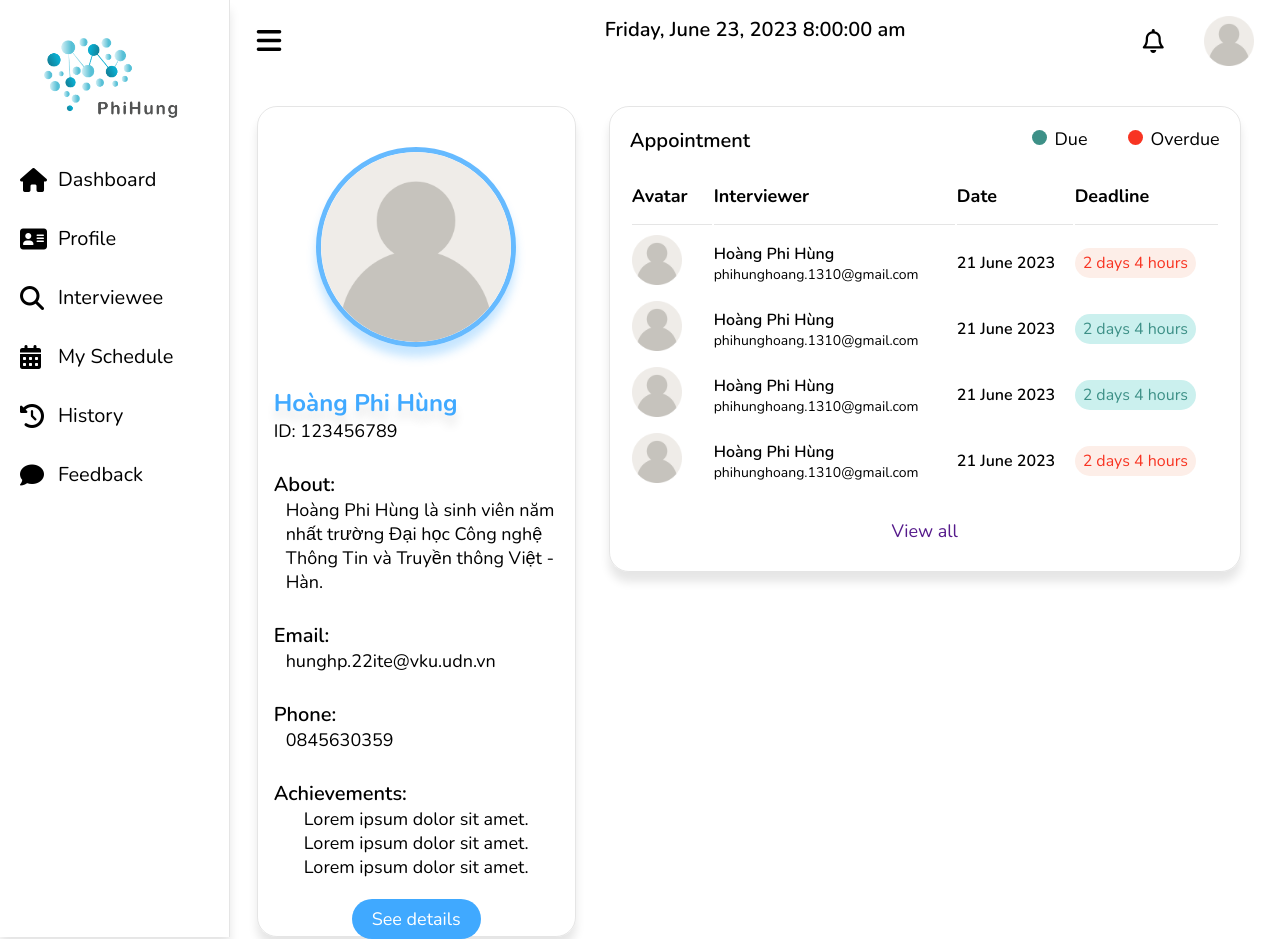
Repository: hphihungit/InterviewService
Page: interviewee.html
These files come from the project's save history. The page is drawn as it stood at one moment and after the next save; the edit follows.
The browser window is 1280 px wide. The pictures show the whole page.

Above is the page before, as saved 2023-06-01 01:22:56.

### interviewee.html
<!DOCTYPE html>
<html lang="en">
<head>
    <meta charset="UTF-8">
    <meta http-equiv="X-UA-Compatible" content="IE=edge">
    <meta name="viewport" content="width=device-width, initial-scale=1.0">
    <title>Document</title>
    <link rel="stylesheet" href="assets/css/grid.css">
    <link rel="stylesheet" href="assets/css/base.css">
    <link rel="stylesheet" href="https://cdnjs.cloudflare.com/ajax/libs/font-awesome/6.4.0/css/all.min.css" integrity="sha512-iecdLmaskl7CVkqkXNQ/ZH/XLlvWZOJyj7Yy7tcenmpD1ypASozpmT/E0iPtmFIB46ZmdtAc9eNBvH0H/ZpiBw==" crossorigin="anonymous" referrerpolicy="no-referrer"/>
    <link rel="preconnect" href="https://fonts.googleapis.com">
    <link rel="preconnect" href="https://fonts.gstatic.com" crossorigin>
    <link href="https://fonts.googleapis.com/css2?family=Nunito:wght@200;300;400;500;600;700;800;900;1000&display=swap" rel="stylesheet">
    <link rel="stylesheet" href="assets/css/interviewee.css">
</head>
<body>
    <div id="main">
        <div class="dashboard">
            <div class="dashboard__logo"></div>
            <ul class="dashboard__list">
                <li class="dashboard__item">
                    <a href="" class="icon__link">
                        <i class="fa-solid fa-house"></i>
                    </a>
                    <a href="" class="link">Dashboard</a>
                </li>
                <li class="dashboard__item">
                    <a href="" class="icon__link">
                        <i class="fa-solid fa-address-card"></i>
                    </a>
                    <a href="" class="link">Profile</a>
                </li>
                <li class="dashboard__item">
                    <a href="" class="icon__link">
                        <i class="fa-solid fa-magnifying-glass"></i>
                    </a>
                    <a href="" class="link">Interviewee</a>
                </li>
                <li class="dashboard__item">
                    <a href="" class="icon__link">
                        <i class="fa-solid fa-calendar-days"></i>
                    </a>
                    <a href="" class="link">My Schedule</a>
                </li>
                <li class="dashboard__item">
                    <a href="" class="icon__link">
                        <i class="fa-solid fa-clock-rotate-left"></i>
                    </a>
                    <a href="" class="link">History</a>
                </li>
                <li class="dashboard__item">
                    <a href="" class="icon__link">
                        <i class="fa-solid fa-comment"></i>
                    </a>
                    <a href="" class="link">Feedback</a>
                </li>
            </ul>
        </div>

        <div class="container">
            <div class="header">
                <div class="header__icon">
                    <label class="fa-solid fa-bars header__label"></label>
                </div>

                <div class="header__time">
                    Friday, June 23, 2023 8:00:00 am
                </div>

                <div class="header__news">
                    <label class="fa-regular fa-bell header__label--bell"></label>
                    <div class="header__avatar">
                        <img src="assets/img/user.png" alt="">
                    </div>
                </div>
            </div>

            <div class="about">
                <div class="cv">
                    <div class="cv__avatar">
                        <img src="assets/img/user.png" alt="">
                    </div>

                    <div class="cv__name">
                        <p class="cv__name--interviewee">Hoàng Phi Hùng</p>
                        <p class="cv__id">ID: 123456789</p>
                    </div>

                    <div class="cv__about">
                        <p class="cv__about--title">About: </p>
                        <p class="cv__about--content">
                            Hoàng Phi Hùng là sinh viên năm nhất trường Đại học Công nghệ Thông Tin và Truyền thông Việt - Hàn.
                        </p>
                    </div>

                    <div class="cv__email">
                        <p class="cv__email--title">Email: </p>
                        <p class="cv__email--content">hunghp.22ite@vku.udn.vn</p>
                    </div>

                    <div class="cv__phone">
                        <p class="cv__phone--title">Phone: </p>
                        <p class="cv__phone--content">0845630359</p>
                    </div>

                    <div class="cv__info">
                        <p class="cv__info--title">Achievements: </p>
                        <ul class="cv__info--list">
                            <li class="cv__info--item">Lorem ipsum dolor sit amet.</li>
                            <li class="cv__info--item">Lorem ipsum dolor sit amet.</li>
                            <li class="cv__info--item">Lorem ipsum dolor sit amet.</li>
                        </ul>
                    </div>

                    <div class="cv__all">
                        <a href="" class="cv__all--btn">See details</a>
                    </div>
                </div>

                <div class="info">
                    <div class="appointment">
                        <div class="appointment__title">
                            <div class="title">
                                Appointment
                            </div>
                            <div class="note">
                                <div class="note__due">Due</div>
                                <div class="note__overdue">Overdue</div>
                            </div>
                        </div>

                        <table>
                            <thead>
                                <th>Avatar</th>
                                <th>Interviewer</th>
                                <th>Date</th>
                                <th>Deadline</th>
                            </thead>

                            <tbody>
                                <tr>
                                    <td>
                                        <img src="assets/img/user.png" alt="">
                                    </td>
                                    <td>
                                        <p class="name">Hoàng Phi Hùng</p>
                                        <p class="email">phihunghoang.1310@gmail.com</p>
                                    </td>
                                    <td>
                                        <span class="date">21 June 2023</span>
                                    </td>
                                    <td>
                                        <span class="overdue">2 days 4 hours</span>
                                    </td>
                                </tr>
                                <tr>
                                    <td>
                                        <img src="assets/img/user.png" alt="">
                                    </td>
                                    <td>
                                        <p class="name">Hoàng Phi Hùng</p>
                                        <p class="email">phihunghoang.1310@gmail.com</p>
                                    </td>
                                    <td>
                                        <span class="date">21 June 2023</span>
                                    </td>
                                    <td>
                                        <span class="due">2 days 4 hours</span>
                                    </td>
                                </tr>
                                <tr>
                                    <td>
                                        <img src="assets/img/user.png" alt="">
                                    </td>
                                    <td>
                                        <p class="name">Hoàng Phi Hùng</p>
                                        <p class="email">phihunghoang.1310@gmail.com</p>
                                    </td>
                                    <td>
                                        <span class="date">21 June 2023</span>
                                    </td>
                                    <td>
                                        <span class="due">2 days 4 hours</span>
                                    </td>
                                </tr>
                                <tr>
                                    <td>
                                        <img src="assets/img/user.png" alt="">
                                    </td>
                                    <td>
                                        <p class="name">Hoàng Phi Hùng</p>
                                        <p class="email">phihunghoang.1310@gmail.com</p>
                                    </td>
                                    <td>
                                        <span class="date">21 June 2023</span>
                                    </td>
                                    <td>
                                        <span class="overdue">2 days 4 hours</span>
                                    </td>
                                </tr>
                            </tbody>
                        </table>

                        <div class="view__all">
                            <a href="" class="view__all--btn">
                                View all
                            </a>
                        </div>
                    </div>
                </div>
            </div>
        </div>
    </div>
</body>
</html>

### assets/css/grid.css
.grid {
    width: 90%;
    display: block;
    padding: 0;
    margin: 0 auto;
}

.row {
    display: flex;
    flex-wrap: wrap;
    margin-left: -4px;
    margin-right: -4px;
}

.row.no-gutters {
    margin-left: 0;
    margin-right: 0;
}

.col {
    padding-left: 4px;
    padding-right: 4px;
}

.row.no-gutters .col {
    padding-left: 0;
    padding-right: 0;
}

.c-0 {
    display: none;
}

.c-1 {
    flex: 0 0 8.33333%;
    max-width: 8.33333%;
}

.c-2 {
    flex: 0 0 16.66667%;
    max-width: 16.66667%;
}

.c-3 {
    flex: 0 0 25%;
    max-width: 25%;
}

.c-4 {
    flex: 0 0 33.33333%;
    max-width: 33.33333%;
}

.c-5 {
    flex: 0 0 41.66667%;
    max-width: 41.66667%;
}

.c-6 {
    flex: 0 0 50%;
    max-width: 50%;
}

.c-7 {
    flex: 0 0 58.33333%;
    max-width: 58.33333%;
}

.c-8 {
    flex: 0 0 66.66667%;
    max-width: 66.66667%;
}

.c-9 {
    flex: 0 0 75%;
    max-width: 75%;
}

.c-10 {
    flex: 0 0 83.33333%;
    max-width: 83.33333%;
}

.c-11 {
    flex: 0 0 91.66667%;
    max-width: 91.66667%;
}

.c-12 {
    flex: 0 0 100%;
    max-width: 100%;
}

.c-o-1 {
    margin-left: 8.33333%;
}

.c-o-2 {
    margin-left: 16.66667%;
}

.c-o-3 {
    margin-left: 25%;
}

.c-o-4 {
    margin-left: 33.33333%;
}

.c-o-5 {
    margin-left: 41.66667%;
}

.c-o-6 {
    margin-left: 50%;
}

.c-o-7 {
    margin-left: 58.33333%;
}

.c-o-8 {
    margin-left: 66.66667%;
}

.c-o-9 {
    margin-left: 75%;
}

.c-o-10 {
    margin-left: 83.33333%;
}

.c-o-11 {
    margin-left: 91.66667%;
}

/* >= Tablet */
@media (min-width: 740px) {
    .row {
        margin-left: -8px;
        margin-right: -8px;
    }

    .col {
        padding-left: 8px;
        padding-right: 8px;
    }

    .m-0 {
        display: none;
    }

    .m-1,
    .m-2,
    .m-3,
    .m-4,
    .m-5,
    .m-6,
    .m-7,
    .m-8,
    .m-9,
    .m-10,
    .m-11,
    .m-12 {
        display: block;
    }

    .m-1 {
        flex: 0 0 8.33333%;
        max-width: 8.33333%;
    }

    .m-2 {
        flex: 0 0 16.66667%;
        max-width: 16.66667%;
    }

    .m-3 {
        flex: 0 0 25%;
        max-width: 25%;
    }

    .m-4 {
        flex: 0 0 33.33333%;
        max-width: 33.33333%;
    }

    .m-5 {
        flex: 0 0 41.66667%;
        max-width: 41.66667%;
    }

    .m-6 {
        flex: 0 0 50%;
        max-width: 50%;
    }

    .m-7 {
        flex: 0 0 58.33333%;
        max-width: 58.33333%;
    }

    .m-8 {
        flex: 0 0 66.66667%;
        max-width: 66.66667%;
    }

    .m-9 {
        flex: 0 0 75%;
        max-width: 75%;
    }

    .m-10 {
        flex: 0 0 83.33333%;
        max-width: 83.33333%;
    }

    .m-11 {
        flex: 0 0 91.66667%;
        max-width: 91.66667%;
    }

    .m-12 {
        flex: 0 0 100%;
        max-width: 100%;
    }

    .m-o-1 {
        margin-left: 8.33333%;
    }

    .m-o-2 {
        margin-left: 16.66667%;
    }

    .m-o-3 {
        margin-left: 25%;
    }

    .m-o-4 {
        margin-left: 33.33333%;
    }

    .m-o-5 {
        margin-left: 41.66667%;
    }

    .m-o-6 {
        margin-left: 50%;
    }

    .m-o-7 {
        margin-left: 58.33333%;
    }

    .m-o-8 {
        margin-left: 66.66667%;
    }

    .m-o-9 {
        margin-left: 75%;
    }

    .m-o-10 {
        margin-left: 83.33333%;
    }

    .m-o-11 {
        margin-left: 91.66667%;
    }
}

/* PC medium resolution > */
@media (min-width: 1113px) {
    .row {
        margin-left: -12px;
        margin-right: -12px;
    }

    .row.sm-gutter {
        margin-left: -5px;
        margin-right: -5px;
    }

    .col {
        padding-left: 12px;
        padding-right: 12px;
    }

    .row.sm-gutter .col {
        padding-left: 5px;
        padding-right: 5px;
    }

    .l-0 {
        display: none;
    }

    .l-1,
    .l-2,
    .l-2-4,
    .l-3,
    .l-4,
    .l-5,
    .l-6,
    .l-7,
    .l-8,
    .l-9,
    .l-10,
    .l-11,
    .l-12 {
        display: block;
    }

    .l-1 {
        flex: 0 0 8.33333%;
        max-width: 8.33333%;
    }

    .l-2 {
        flex: 0 0 16.66667%;
        max-width: 16.66667%;
    }

    .l-2-4 {
        flex: 0 0 20%;
        max-width: 20%;
    }

    .l-3 {
        flex: 0 0 25%;
        max-width: 25%;
    }

    .l-4 {
        flex: 0 0 33.33333%;
        max-width: 33.33333%;
    }

    .l-5 {
        flex: 0 0 41.66667%;
        max-width: 41.66667%;
    }

    .l-6 {
        flex: 0 0 50%;
        max-width: 50%;
    }

    .l-7 {
        flex: 0 0 58.33333%;
        max-width: 58.33333%;
    }

    .l-8 {
        flex: 0 0 66.66667%;
        max-width: 66.66667%;
    }

    .l-9 {
        flex: 0 0 75%;
        max-width: 75%;
    }

    .l-10 {
        flex: 0 0 83.33333%;
        max-width: 83.33333%;
    }

    .l-11 {
        flex: 0 0 91.66667%;
        max-width: 91.66667%;
    }

    .l-12 {
        flex: 0 0 100%;
        max-width: 100%;
    }

    .l-o-1 {
        margin-left: 8.33333%;
    }

    .l-o-2 {
        margin-left: 16.66667%;
    }

    .l-o-3 {
        margin-left: 25%;
    }

    .l-o-4 {
        margin-left: 33.33333%;
    }

    .l-o-5 {
        margin-left: 41.66667%;
    }

    .l-o-6 {
        margin-left: 50%;
    }

    .l-o-7 {
        margin-left: 58.33333%;
    }

    .l-o-8 {
        margin-left: 66.66667%;
    }

    .l-o-9 {
        margin-left: 75%;
    }

    .l-o-10 {
        margin-left: 83.33333%;
    }

    .l-o-11 {
        margin-left: 91.66667%;
    }
}

/* Tablet - PC low resolution */
@media (min-width: 740px) and (max-width: 1023px) {
    .wide {
        width: 644px;
    }
}

/* > PC low resolution */
@media (min-width: 1024px) and (max-width: 1239px) {
    .wide {
        width: 984px;
    }

    .wide .row {
        margin-left: -12px;
        margin-right: -12px;
    }

    .wide .row.sm-gutter {
        margin-left: -5px;
        margin-right: -5px;
    }

    .wide .col {
        padding-left: 12px;
        padding-right: 12px;
    }

    .wide .row.sm-gutter .col {
        padding-left: 5px;
        padding-right: 5px;
    }

    .wide .l-0 {
        display: none;
    }

    .wide .l-1,
    .wide .l-2,
    .wide .l-2-4,
    .wide .l-3,
    .wide .l-4,
    .wide .l-5,
    .wide .l-6,
    .wide .l-7,
    .wide .l-8,
    .wide .l-9,
    .wide .l-10,
    .wide .l-11,
    .wide .l-12 {
        display: block;
    }

    .wide .l-1 {
        flex: 0 0 8.33333%;
        max-width: 8.33333%;
    }

    .wide .l-2 {
        flex: 0 0 16.66667%;
        max-width: 16.66667%;
    }

    .wide .l-2-4 {
        flex: 0 0 20%;
        max-width: 20%;
    }

    .wide .l-3 {
        flex: 0 0 25%;
        max-width: 25%;
    }

    .wide .l-4 {
        flex: 0 0 33.33333%;
        max-width: 33.33333%;
    }

    .wide .l-5 {
        flex: 0 0 41.66667%;
        max-width: 41.66667%;
    }

    .wide .l-6 {
        flex: 0 0 50%;
        max-width: 50%;
    }

    .wide .l-7 {
        flex: 0 0 58.33333%;
        max-width: 58.33333%;
    }

    .wide .l-8 {
        flex: 0 0 66.66667%;
        max-width: 66.66667%;
    }

    .wide .l-9 {
        flex: 0 0 75%;
        max-width: 75%;
    }

    .wide .l-10 {
        flex: 0 0 83.33333%;
        max-width: 83.33333%;
    }

    .wide .l-11 {
        flex: 0 0 91.66667%;
        max-width: 91.66667%;
    }

    .wide .l-12 {
        flex: 0 0 100%;
        max-width: 100%;
    }

    .wide .l-o-1 {
        margin-left: 8.33333%;
    }

    .wide .l-o-2 {
        margin-left: 16.66667%;
    }

    .wide .l-o-3 {
        margin-left: 25%;
    }

    .wide .l-o-4 {
        margin-left: 33.33333%;
    }

    .wide .l-o-5 {
        margin-left: 41.66667%;
    }

    .wide .l-o-6 {
        margin-left: 50%;
    }

    .wide .l-o-7 {
        margin-left: 58.33333%;
    }

    .wide .l-o-8 {
        margin-left: 66.66667%;
    }

    .wide .l-o-9 {
        margin-left: 75%;
    }

    .wide .l-o-10 {
        margin-left: 83.33333%;
    }

    .wide .l-o-11 {
        margin-left: 91.66667%;
    }
}

### assets/css/base.css
:root {
    --white-color: #fff;
    --black-color: #000;
    --blue-color : #40a9ff;
    --text-color: #8f8f8f;
    --scale: 1px;
}

* {
    padding: 0;
    margin: 0;
    box-sizing: border-box;
    text-decoration: none;
    list-style-type: none;
}

html, body {
    font-size: 18px;
    font-family: 'Nunito', sans-serif;
    scroll-behavior: smooth;
}

### assets/css/interviewee.css
#main {
    width: 100%;
    display: flex;
}

.dashboard {
    width: 18%;
    min-height: 0;
    border-right: 1px solid rgba(0, 0, 0, 0.1);
    box-shadow: 0 10px 10px rgba(0, 0, 0, 0.1);
}

.dashboard__logo {
    width: 100%;
    height: 150px;
    background-image: url('../img/logo.png');
    background-repeat: no-repeat;
    background-size: 50%;
    background-size: 62%;
    background-position: 50% 85%;
}

.dashboard__list {
    width: 100%;
}

.dashboard__item {
    border-radius: 25px 0 0 25px;
    display: flex;
    width: 100%;
    padding: 0px 20px;
}

.dashboard__item:hover {
    background-color: var(--blue-color);
}

.dashboard__item:hover .link,
.dashboard__item:hover .icon__link {
    color: #fff;
}

.icon__link {
    display: flex;
    align-items: center;
    width: 20%;
    font-size: 24px;
    color: #000;
}

.link {
    display: inline-block;
    width: 80%;
    font-size: 20px;
    padding: 16px 0px;
    color: #000;
}

.container {
    width: 82%;
}

.header {
    width: 95%;
    margin: 0 auto;
    display: flex;
    justify-content: space-between;
    margin-top: 16px;
}

.header__icon {
    width: 32%;
    display: flex;
    justify-content: space-between;
    align-items: center;
}

.header__label {
    font-size: 28px;
}

.header__time {
    width: 32%;
    text-align: center;
    font-size: 20px;
    font-weight: 600;
}

.header__news {
    width: 32%;
    display: flex;
    justify-content: flex-end;
    align-items: center;
}

.header__label--bell {
    font-size: 24px;
    position: relative;
    padding-right: 40px;
}

.header__avatar {
    display: flex;
    justify-content: flex-end;
    align-items: center;
}

.header__avatar img {
    width: 50px;
    height: 50px;
}

.about {
    display: flex;
    justify-content: space-between;
    width: 95%;
    margin: 0 auto;
    margin-top: 40px;
}

.cv {
    width: 32%;
    max-height: 831px;
    border: 1px solid rgba(0, 0, 0, 0.1);
    border-radius: 20px;
    box-shadow: 0 10px 10px rgba(0, 0, 0, 0.1);
    padding: 0px 16px;
}

.cv__avatar {
    width: 100%;
    display: flex;
    justify-content: center;
    align-items: center;
    padding: 20px 0px;
    padding-top: 40px;
}

.cv__avatar img {
    width: 200px;
    height: 200px;
    border: 5px solid rgba(64, 169, 255, 0.8);
    border-radius: 50%;
    box-shadow: 0 10px 10px rgba(64, 169, 255, 0.3);;
}

.cv__name,
.cv__about,
.cv__email,
.cv__phone,
.cv__info {
    width: 100%;
    margin-top: 20px;
    margin-bottom: 28px;
}

.cv__name--interviewee {
    font-size: 24px;
    font-weight: 700;
    text-shadow: 0 10px 10px rgba(0, 0, 0, 0.1);
    color: var(--blue-color);
}

.cv__about--title,
.cv__email--title,
.cv__phone--title,
.cv__info--title {
    font-size: 20px;
    font-weight: 600;
}

.cv__about--content,
.cv__email--content,
.cv__phone--content {
    padding-left: 12px;
}

.cv__info--item {
    text-align: center;
}

.cv__all {
    width: 90%;
    margin: 0 auto;
    margin-bottom: 20px;
    text-align: center;
}

.cv__all--btn {
    padding: 8px 20px;
    border-radius: 20px;
    background-color: var(--blue-color);
    color: #fff;
}

.cv__all--btn:hover {
    opacity: 0.8;
}

.info {
    width: 66%;
}

.appointment {
    width: 96%;
    margin: 0 auto;
    border: 1px solid rgba(0, 0, 0, 0.1);
    box-shadow: 0 10px 10px rgba(0, 0, 0, 0.1);
    border-radius: 20px;
    padding: 20px;
}

.appointment__title {
    display: flex;
    justify-content: space-between;
}

.title {
    font-size: 20px;
    font-weight: 600;
}

.note {
    display: flex;
}

.note__due {
    margin-right: 40px;
}

.note__due::before {
    content: "";
    display: inline-block;
    width: 15px;
    height: 15px;
    border-radius: 50%;
    margin-right: 8px;
    background-color: #3d9087;
}

.note__overdue::before {
    content: "";
    display: inline-block;
    width: 15px;
    height: 15px;
    border-radius: 50%;
    margin-right: 8px;
    background-color: #f83422;
}

table {
    width: 100%;
    margin-top: 28px;
}

th {
    text-align: left;
    padding-right: 12px;
    padding-bottom: 16px;
    border-bottom: 1px solid rgba(0, 0, 0, 0.1);
}

td {
    padding-top: 8px;
    font-size: 16px;
}

td img {
    width: 50px;
    height: 50px;
}

.date,
.name {
    font-weight: 600;
}

.email {
    font-size: 14px;
}

.due {
    background-color: #cbf0ee;
    color: #3d9087;
    padding: 4px 8px;
    border-radius: 20px;
}

.overdue {
    background-color: #fdeee8;
    color: #f83422;
    padding: 4px 8px;
    border-radius: 20px;
}

.view__all {
    width: 100%;
    text-align: center;
    margin-top: 28px;
    margin-bottom: 8px;
}

After the next save:
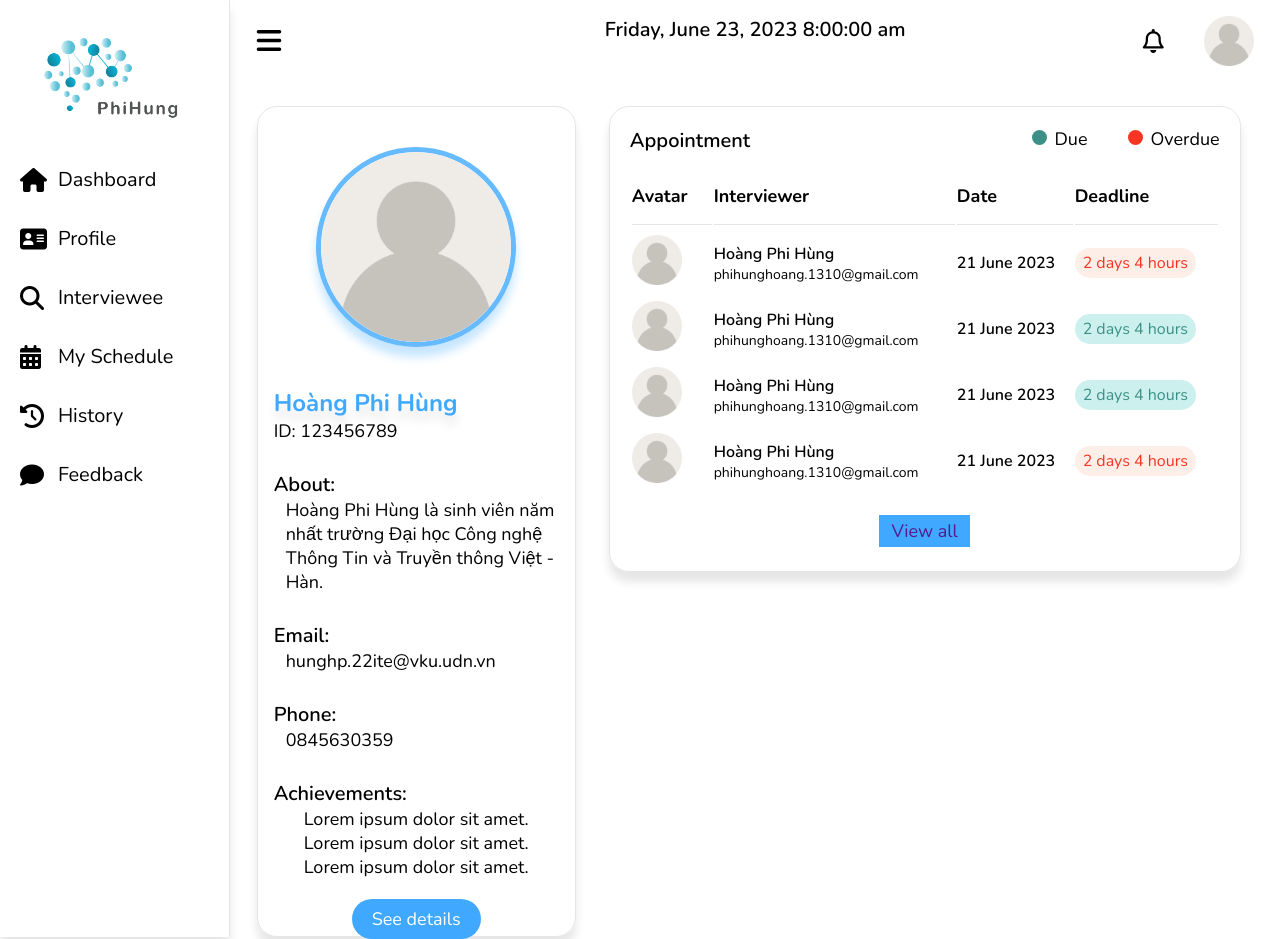
Saved 32 s later.
--- a/assets/css/interviewee.css
+++ b/assets/css/interviewee.css
@@ -299,3 +299,8 @@ td img {
     margin-top: 28px;
     margin-bottom: 8px;
 }
+
+.view__all--btn {
+    padding: 4px 12px;
+    background-color: var(--blue-color);
+}
